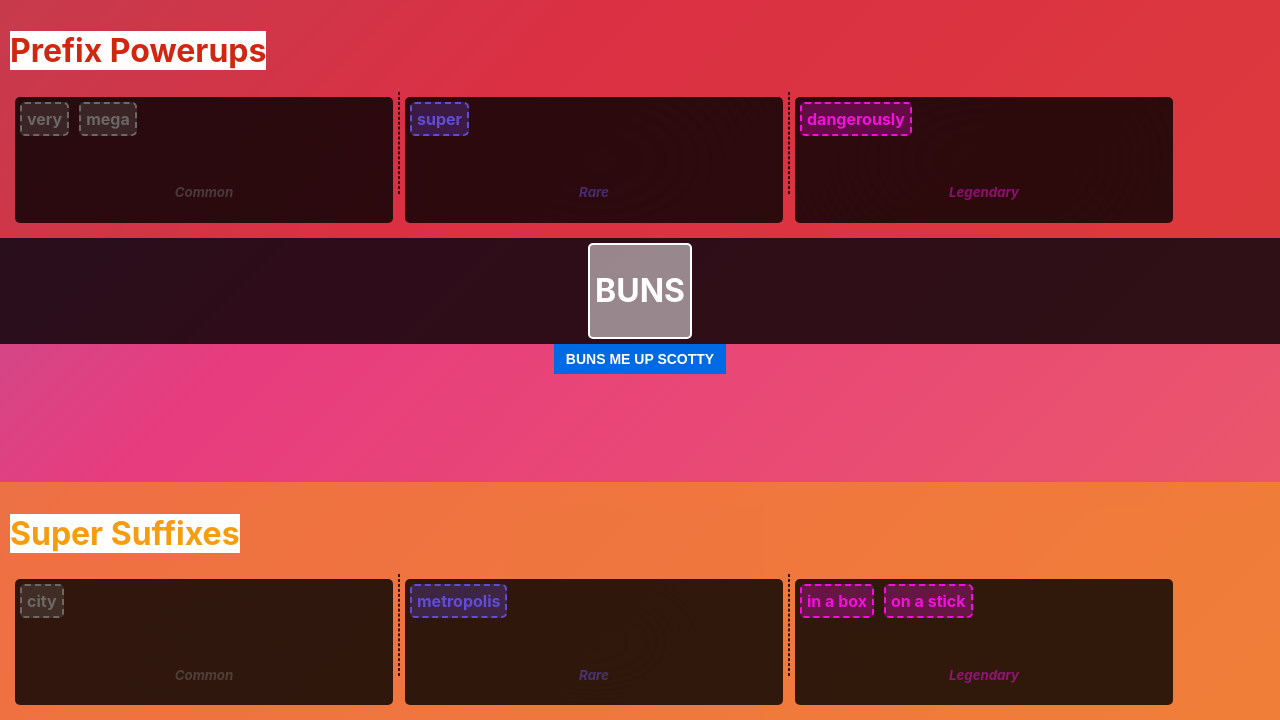
Repository: bsalgado98/buns-inator
Page: /
These files come from the project's save history. The page is drawn as it stood at one moment and after the next save; the edit follows.
The browser window is 1280 px wide. The pictures show the whole page.
The project was rebuilt for these pictures with package versions that can differ from the ones it lists, and the page was loaded fresh each time.

Above is the page before, as saved 2022-04-28 20:19:35.

### src/index.js
import React from 'react';
import ReactDOM from 'react-dom/client';
import './index.css';
import App from './App';
import reportWebVitals from './reportWebVitals';
import { store } from './store'
import { Provider } from 'react-redux'

const root = ReactDOM.createRoot(document.getElementById('root'));
root.render(
  <React.StrictMode>
    <Provider store={store}>
        <App />
    </Provider>
  </React.StrictMode>
);

// If you want to start measuring performance in your app, pass a function
// to log results (for example: reportWebVitals(console.log))
// or send to an analytics endpoint. Learn more: https://bit.ly/CRA-vitals
reportWebVitals();

### src/index.css
body {
    margin: 0;
    padding: 0;
    font-family: -apple-system, BlinkMacSystemFont, 'Segoe UI', 'Roboto', 'Oxygen',
        'Ubuntu', 'Cantarell', 'Fira Sans', 'Droid Sans', 'Helvetica Neue',
        sans-serif;
    -webkit-font-smoothing: antialiased;
    -moz-osx-font-smoothing: grayscale;
    height: 100vh;
    background-attachment: fixed;
}

code {
    font-family: source-code-pro, Menlo, Monaco, Consolas, 'Courier New', monospace;
}

### src/App.js
import './App.css';
import WordBank from './components/WordBank/WordBank'
import WordBuilder from './components/WordBuilder/WordBuilder'
import BunsButton from './components/BunsButton/BunsButtons'
import { RARITY, PART_OF_SENTENCE, COLOR } from './utility/constants'

function App() {
    const wordList = {
        prefixPowerups: [
            {
                sectionTitle: RARITY.COMMON,
                words: ['very', 'mega'],
                color: COLOR.COMMON,
                partOfSentence: PART_OF_SENTENCE.PREFIX
            },
            {
                sectionTitle: RARITY.RARE,
                words: ['super'],
                color: COLOR.RARE,
                partOfSentence: PART_OF_SENTENCE.PREFIX
            },
            {
                sectionTitle: RARITY.LEGENDARY,
                words: ['dangerously'],
                color: COLOR.LEGENDARY,
                partOfSentence: PART_OF_SENTENCE.PREFIX
            }
        ],
        superSuffixes: [
            {
                sectionTitle: RARITY.COMMON,
                words: ['city'],
                color: COLOR.COMMON,
                partOfSentence: PART_OF_SENTENCE.SUFFIX
            },
            {
                sectionTitle: RARITY.RARE,
                words: ['metropolis'],
                color: COLOR.RARE,
                partOfSentence: PART_OF_SENTENCE.SUFFIX
            },
            {
                sectionTitle: RARITY.LEGENDARY,
                words: ['in a box', 'on a stick'],
                color: COLOR.LEGENDARY,
                partOfSentence: PART_OF_SENTENCE.SUFFIX
            }
        ]
    }

    return (
        <div className="App">
            <div className="word-bank">
                <WordBank bankTitle='Prefix Powerups' color={COLOR.PREFIX_POWERUPS} wordCollection={wordList.prefixPowerups} />
            </div>
            <div className="subject-card-container">
                <WordBuilder />
            </div>
            <div className="buns-button-container">
                <BunsButton />
            </div>
            <div className="word-bank">
                <WordBank bankTitle='Super Suffixes' color={COLOR.SUPER_SUFFIXES} wordCollection={wordList.superSuffixes} />
            </div>
        </div>
    );
}

export default App;

### src/store.js
import { configureStore } from "@reduxjs/toolkit"
import wordModifiersReducer from "./slices/wordModifiersSlice"

export const store = configureStore({
    reducer: {
        wordModifiers: wordModifiersReducer
    }
})

### src/App.css
.App {
    text-align: center;
    height: 100vh;
    display: flex;
    flex-direction: column;
    background: linear-gradient(-45deg, #ee7752, #e73c7e, #23a6d5, #23d5ab);
	background-size: 400% 400%;
	animation: gradient 15s ease infinite;
    background-attachment: fixed;
}

.word-bank {
}

.subject-card-container {
    flex-grow: 3;
    display: flex;
    align-items: center;
    justify-content: center;
}

@keyframes gradient {
	0% {
		background-position: 0% 50%;
	}
	50% {
		background-position: 100% 50%;
	}
	100% {
		background-position: 0% 50%;
	}
}

.buns-button-container {
    height: 20%;
}

### src/components/WordBank/WordBank.js
import { Fragment } from "react"
import createWordSection from "../../utility/wordSection"

const WordBank = ({ bankTitle = "N/A", color = "#000000", wordCollection = [] }) => {
    const styles = {
        container: {
            style: {
                backgroundColor: `${color}88`,
                display: 'flex',
                flexDirection: 'column',
                padding: '10px'
            }
        },
        title: {
            style: {
                color: color,
                backgroundColor: 'white'
            },
            container: {
                style: {
                    display: 'flex',
                    width: '100%'
                }
            }
        },
        collectionArea: {
            style: {
                display: 'flex'
            },
            section: {
                style: {
                    display: 'flex',
                    flexDirection: 'column',
                    width: '30%',
                    backgroundColor: 'rgba(0, 0, 0, 0.8)',
                    backdropFilter: 'blur(100px)',
                    margin: '5px',
                    borderRadius: '5px'
                },
                wordArea: {
                    style: {
                        display: 'flex'
                    }
                },
                title: {
                    style(color) {
                        return {
                            opacity: '0.5',
                            fontStyle: 'italic',
                            color
                        }
                    }
                }
            }
        },
        divider: {
            style: {
                height: '100px',
                width: '0px',
                border: '1px dashed black',
                opacity: '0.8'
            }
        }
    }
    return (
        <div style={styles.container.style}>
            <div style={styles.title.container.style}>
                <h1 style={styles.title.style}>{bankTitle}</h1>
            </div>
            <div style={styles.collectionArea.style}>
                {wordCollection.map((section, i) => {
                    return (
                        <Fragment key={`word-bank-frag-${i}`}>
                            {i !== 0 ? <span style={styles.divider.style}></span> : null}
                            <div key={`section-${i}`} style={styles.collectionArea.section.style} className="section">
                                <div style={styles.collectionArea.section.wordArea.style}>
                                    {createWordSection(section.words, section.color, section.partOfSentence)}
                                </div>
                                <h5 style={styles.collectionArea.section.title.style(section.color)}>{section.sectionTitle}</h5>
                            </div>
                        </Fragment>
                    )
                })}
            </div>
        </div>
    )
}

export default WordBank

### src/components/WordBuilder/WordBuilder.js
import SubjectCard from "../SubjectCard/SubjectCard"
import { useSelector, useDispatch } from 'react-redux'
import WordCard from "../WordCard/WordCard"

const WordBuilder = () => {
    const styles = {
        container: {
            style: {
                display: 'flex',
                width: '100%',
                background: 'rgba(0, 0, 0, 0.8)',
                justifyContent: 'center',
                alignItems: 'center'
            }
        }
    }

    const dispatch = useDispatch()
    const prefixes = useSelector(state => state.wordModifiers.prefixes)
    const suffixes = useSelector(state => state.wordModifiers.suffixes)
    return (
        <div style={styles.container.style}>
            {
                prefixes?.map((wordInfo, i) => {
                    return (
                        <WordCard
                            key={`prefix-${i}`}
                            id={wordInfo.id}
                            text={wordInfo.text}
                            color={wordInfo.color}
                            partOfSentence={wordInfo.partOfSentence}
                            applied={true}
                        />
                    )
                })
            }

            <SubjectCard text="BUNS" />
            {
                suffixes.map((wordInfo, i) =>
                    <WordCard
                        key={`suffix-${i}`}
                        id={wordInfo.id}
                        text={wordInfo.text}
                        color={wordInfo.color}
                        partOfSentence={wordInfo.partOfSentence}
                        applied={true}
                    />)
            }
        </div>
    )
}

export default WordBuilder

### src/components/BunsButton/BunsButtons.js
import './BunsButton.css'

const BunsButton = () => {
    const createRandomBunzination = () => {

    }

    return (
        <button className="buns-button" onClick={createRandomBunzination}>
            BUNS ME UP SCOTTY
        </button>
    )
}

export default BunsButton

### src/utility/constants.js
export const RARITY = {
    COMMON: 'Common',
    RARE: 'Rare',
    LEGENDARY: 'Legendary'
}

export const PART_OF_SENTENCE = {
    PREFIX: 'prefix',
    SUFFIX: 'suffix'
}

export const COLOR = {
    COMMON: "#6b6867",
    RARE: "#614cd9",
    LEGENDARY: "#f50fde",
    PREFIX_POWERUPS: "#d12711",
    SUPER_SUFFIXES: "#f59d0f"
}

### src/slices/wordModifiersSlice.js
import { createSlice } from "@reduxjs/toolkit"

const initialState = {
    prefixes: [],
    suffixes: []
}

export const wordModifiersSlice = createSlice({
    name: 'word-modifiers',
    initialState,
    reducers: {
        addPrefix(state, action) {
            state.prefixes.push({...action.payload, id: `${action.payload.text}-${state.prefixes.length}`})
        },
        addSuffix(state, action) {
            state.suffixes.push({...action.payload, id: `${action.payload.text}-${state.suffixes.length}`})
        },
        removePrefix(state, action) {
            state.prefixes = state.prefixes.filter(prefix => prefix.id !== action.payload.id)
        },
        removeSuffix(state, action) {
            state.suffixes = state.suffixes.filter(suffix => suffix.id !== action.payload.id)
        }
    }
})

export const { addPrefix, addSuffix, removePrefix, removeSuffix } = wordModifiersSlice.actions

export default wordModifiersSlice.reducer

### src/utility/wordSection.js
import WordCard from "../components/WordCard/WordCard";

function createWordSection(words, wordColor, partOfSentence) {
    return words.map((word, i) => <WordCard key={`${partOfSentence}-${i}`} text={word} color={wordColor} partOfSentence={partOfSentence}/>)
}

export default createWordSection

### src/components/SubjectCard/SubjectCard.js
const SubjectCard = ({ text }) => {
    const styles = {
        container: {
            style: {
                background: 'rgba(255, 255, 255, 0.5)',
                display: 'flex',
                border: '2px solid white',
                margin: '5px',
                padding: '5px',
                borderRadius: '5px',
                height: '30%',
                alignItems: 'center'
            }
        },
        text: {
            style: {
                color: "white"
            }
        }
    }
    return (
        <div style={styles.container.style}>
            <h1 style={styles.text.style}>{text}</h1>
        </div>
    )
}

export default SubjectCard

### src/components/WordCard/WordCard.js
import { useDispatch } from "react-redux"
import { addPrefix, addSuffix, removePrefix, removeSuffix } from "../../slices/wordModifiersSlice"
import { PART_OF_SENTENCE } from "../../utility/constants"

const WordCard = ({ id, text = "N/A", color = "#000000", partOfSentence, applied=false }) => {
    const styles = {
        container: {
            style: {
                background: `${color}44`,
                display: 'flex',
                border: `2px dashed ${color}`,
                margin: '5px',
                padding: '5px',
                borderRadius: '5px',
                height: '30%',
                alignItems: 'center'
            }
        },
        text: {
            style: {
                color: color,
                fontSize: '16px'
            }
        }
    }
    const dispatch = useDispatch()

    const handleWordClick = () => {
        if (partOfSentence === PART_OF_SENTENCE.PREFIX) {
            if (applied) {
                dispatch(removePrefix({ text, color, partOfSentence, id }))
            }
            else {
                dispatch(addPrefix({ text, color, partOfSentence}))
            }
        }
        else {
            if (applied) {
                dispatch(removeSuffix({ text, color, partOfSentence, id }))
            }
            else {
                dispatch(addSuffix({ text, color, partOfSentence}))
            }
        }
    }
    return (
        <div style={styles.container.style} onClick={handleWordClick}>
            <h1 style={styles.text.style}>{text}</h1>
        </div>
    )
}

export default WordCard

### src/components/BunsButton/BunsButton.css
.buns-button {
    display: inline-block;
    outline: none;
    cursor: pointer;
    font-size: 14px;
    padding: 0 12px;
    line-height: 20px;
    height: 30px;
    max-height: 30px;
    background: #006AE5;
    font-weight: 700;
    border: 0;
    border-radius: 0;
    color: #FFFFFF;
    transition-timing-function: ease-in-out;
    transition-property: box-shadow filter;
    transition-duration: 50ms;
}

.buns-button:hover {
    filter: brightness(1.2);
    box-shadow: 0 2px 2px rgb(39 44 52 / 12%);
}

Loaded but not shown: public/index.html (common file); src/reportWebVitals.js (common file)

After the next save:
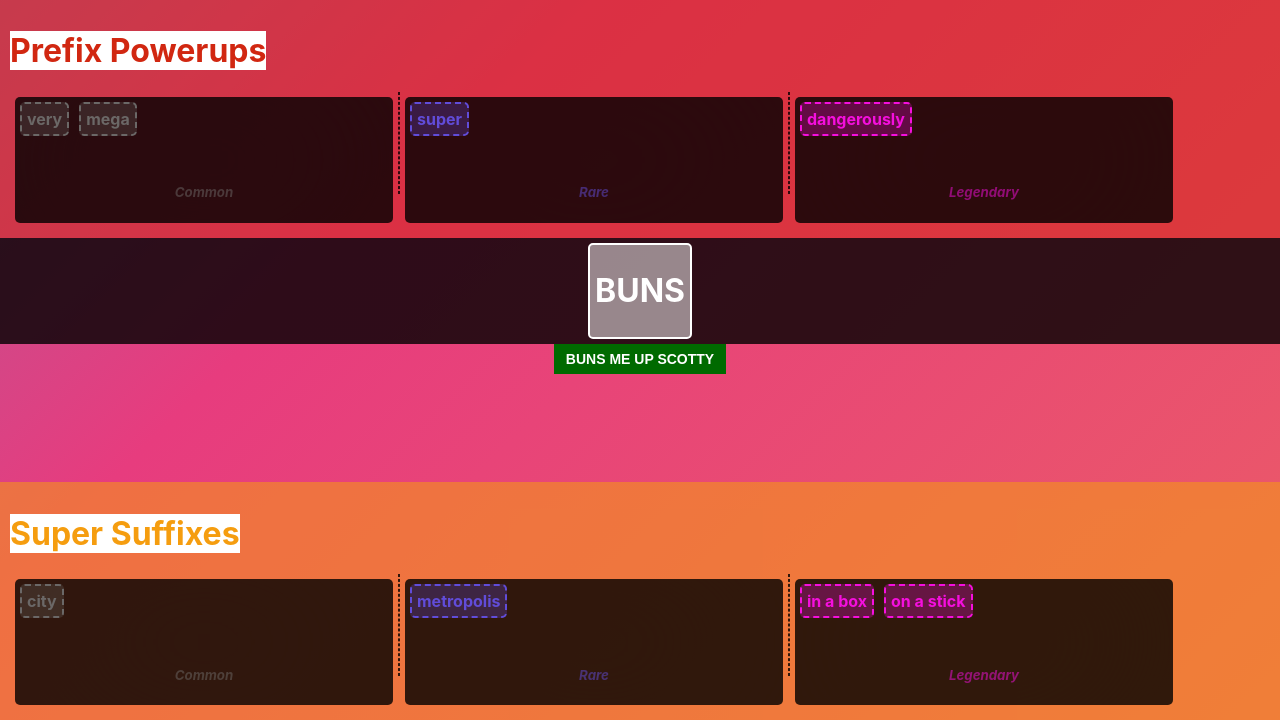
Saved 4 s later.
--- a/src/components/BunsButton/BunsButton.css
+++ b/src/components/BunsButton/BunsButton.css
@@ -7,7 +7,7 @@
     line-height: 20px;
     height: 30px;
     max-height: 30px;
-    background: #006AE5;
+    background: #006A00;
     font-weight: 700;
     border: 0;
     border-radius: 0;
